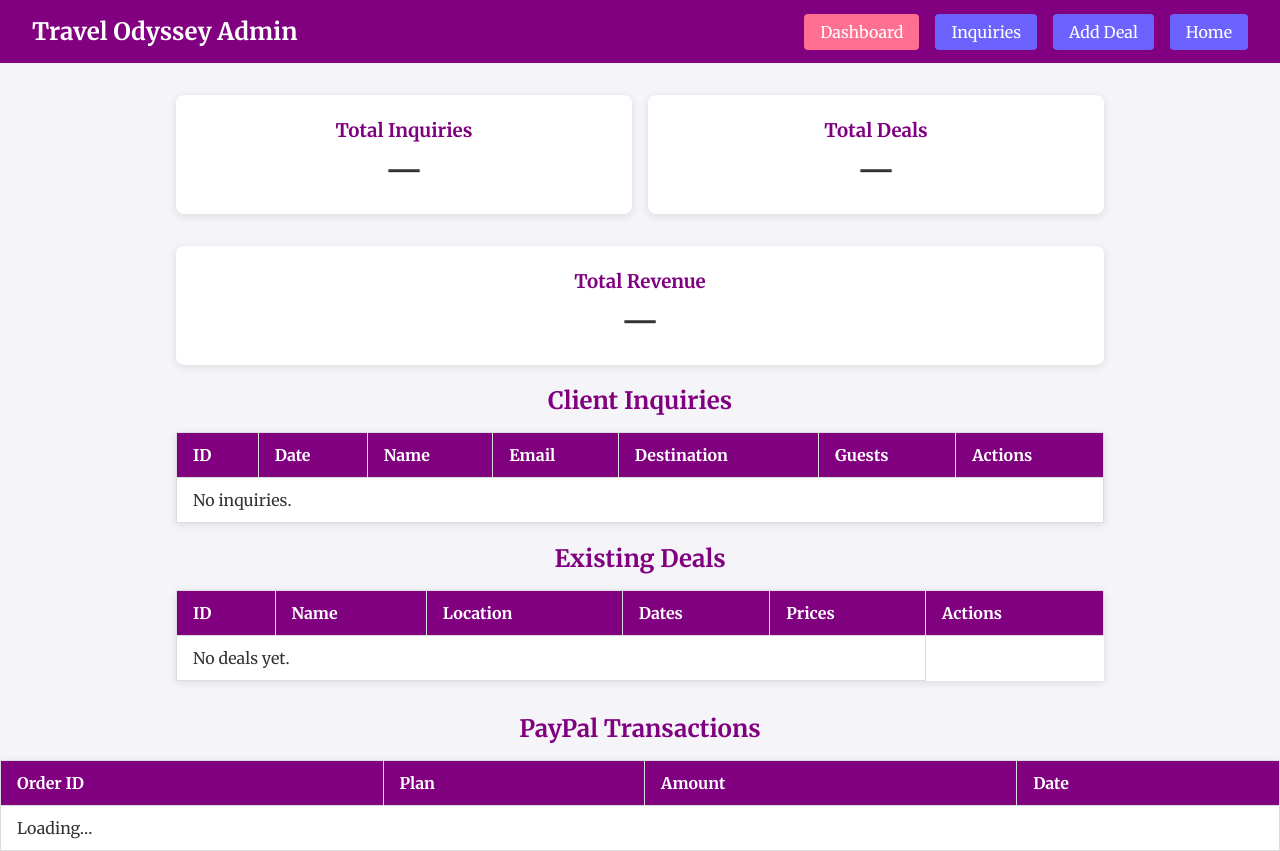
Repository: GHzPhoenix/Project-Odyssey
Page: Frontend/admin.html
The author's editor kept a copy of each file at every save. The page is drawn from the files as they stood at one save, then again after the next save.
The browser window is 1280 px wide. The pictures show the whole page.
The page's requests for data from a server got no answer.

Above is the page before, as saved 2025-06-13 14:04:57.

### Frontend/admin.html
<!DOCTYPE html>
<html lang="en">
  <head>
    <meta charset="UTF-8" />
    <meta name="viewport" content="width=device-width,initial-scale=1.0" />
    <title>Admin Dashboard – Travel Odyssey</title>
    <link rel="stylesheet" href="/Frontend/css/admin.css" />
    <style>
      .kpi-container {
        display: flex;
        gap: 1rem;
        margin: 2rem 0;
        justify-content: center;
      }
      .kpi-card {
        flex: 1;
        background: white;
        padding: 1.5rem;
        border-radius: 8px;
        box-shadow: 0 2px 8px rgba(0, 0, 0, 0.1);
        text-align: center;
      }
      .kpi-card h3 {
        margin-bottom: 0.5rem;
        color: purple;
      }
      .kpi-card p {
        font-size: 2rem;
        font-weight: bold;
      }
    </style>
  </head>
  <body>
    <header>
      <nav>
        <div class="logo">Travel Odyssey Admin</div>
        <ul>
          <li><a href="admin.html" class="active">Dashboard</a></li>
          <li><a href="inquiries.html">Inquiries</a></li>
          <li><a href="add-deal.html">Add Deal</a></li>
          <li><a href="index.html">Home</a></li>
        </ul>
      </nav>
    </header>

    <main>
      <div class="kpi-container">
        <div class="kpi-card">
          <h3>Total Inquiries</h3>
          <p id="kpi-inquiries">–</p>
        </div>
        <div class="kpi-card">
          <h3>Total Deals</h3>
          <p id="kpi-deals">–</p>
        </div>
      </div>
      <div class="kpi-card">
        <h3>Total Revenue</h3>
        <p id="kpi-revenue">–</p>
      </div>
      <br />
      <h2 class="section">Client Inquiries</h2>
      <table id="inquiries-table">
        <thead>
          <tr>
            <th>ID</th>
            <th>Date</th>
            <th>Name</th>
            <th>Email</th>
            <th>Destination</th>
            <th>Guests</th>
            <th>Actions</th>
          </tr>
        </thead>
        <tbody>
          <tr>
            <td colspan="7">Loading…</td>
          </tr>
        </tbody>
      </table>
      <br />
      <h2 class="section">Existing Deals</h2>
      <table id="deals-table">
        <thead>
          <tr>
            <th>ID</th>
            <th>Name</th>
            <th>Location</th>
            <th>Dates</th>
            <th>Prices</th>
            <th>Actions</th>
          </tr>
        </thead>
        <tbody>
          <tr>
            <td colspan="5">Loading…</td>
          </tr>
        </tbody>
      </table>
    </main>

    <div id="deal-modal" class="modal-overlay">
      <div class="modal">
        <h2>Edit Deal</h2>
        <form id="modal-form">
          <div class="input-group">
            <label>Name</label>
            <input type="text" name="name" required />
          </div>
          <div class="input-group">
            <label>Location</label>
            <input type="text" name="location" required />
          </div>
          <div class="input-group">
            <label>Activities</label>
            <input type="text" name="activities" required />
          </div>
          <div class="input-group">
            <label>Start Date</label>
            <input type="date" name="start_date" required />
          </div>
          <div class="input-group">
            <label>End Date</label>
            <input type="date" name="end_date" required />
          </div>
          <div class="input-group">
            <label>Price (€)</label>
            <input
              type="number"
              name="price"
              required
              min="0"
              step="0.01"
              placeholder="e.g. 199.99"
            />
          </div>
          <div class="modal-actions">
            <button type="button" id="modal-cancel">Cancel</button>
            <button type="submit" id="modal-save">Save</button>
          </div>
        </form>
      </div>
    </div>
    <div class="transactions-section">
      <h2 class="section">PayPal Transactions</h2>
      <table id="transactions-table">
        <thead>
          <tr>
            <th>Order ID</th>
            <th>Plan</th>
            <th>Amount</th>
            <th>Date</th>
          </tr>
        </thead>
        <tbody>
          <tr>
            <td colspan="4">Loading…</td>
          </tr>
        </tbody>
      </table>
    </div>

    <script>
      const token = localStorage.getItem("token") || "";
      let inquiries = [],
        deals = [];

      async function fetchJSON(url, opts = {}) {
        opts.headers = {
          ...(opts.headers || {}),
          "Content-Type": "application/json",
          Authorization: "Bearer " + token,
        };
        const res = await fetch(url, opts);
        if (!res.ok) throw await res.json();
        return res.json();
      }

      async function loadDashboard() {
        try {
          inquiries = await fetchJSON("http://127.0.0.1:5001/api/inquiries");
          document.getElementById("kpi-inquiries").textContent =
            inquiries.length;
        } catch {
          document.getElementById("kpi-inquiries").textContent = "—";
        }
        try {
          deals = await fetchJSON("http://127.0.0.1:5001/api/deals");
          document.getElementById("kpi-deals").textContent = deals.length;
        } catch {
          document.getElementById("kpi-deals").textContent = "—";
        }
        try {
          const txns = await fetchJSON(
            "http://127.0.0.1:5001/api/paypal/transactions"
          );
          let total = 0;
          const tbodyT = document.querySelector("#transactions-table tbody");
          tbodyT.innerHTML = txns.length
            ? txns
                .map((o) => {
                  total += parseFloat(o.amount);
                  const d = new Date(o.create_time).toLocaleString();
                  return `<tr>
              <td>${o.id}</td><td>${o.reference_id}</td>
              <td>${o.amount} ${o.currency}</td>
              <td>${d}</td>
            </tr>`;
                })
                .join("")
            : "<tr><td colspan='4'>No transactions.</td></tr>";
          document.getElementById("kpi-revenue").textContent =
            "€" + total.toFixed(2);
        } catch {
          document.getElementById("kpi-revenue").textContent = "—";
        }
        const inTbody = document.querySelector("#inquiries-table tbody");
        if (!inquiries.length) {
          inTbody.innerHTML = "<tr><td colspan='7'>No inquiries.</td></tr>";
        } else {
          inTbody.innerHTML = inquiries
            .map((i) => {
              const date = new Date(i.created_at).toLocaleDateString();
              return `
              <tr>
                <td>${i.id}</td>
                <td>${date}</td>
                <td>${i.name}</td>
                <td>${i.email}</td>
                <td>${i.destination}</td>
                <td>${i.guests}</td>
                <td>
                  <button class="action create-from-inquiry"
                    data-loc="${encodeURIComponent(i.destination)}"
                    data-acts="${encodeURIComponent(i.preferences || "")}">
                    Create Deal
                  </button>
                </td>
              </tr>`;
            })
            .join("");
          inTbody.querySelectorAll(".create-from-inquiry").forEach((btn) => {
            btn.onclick = () => {
              const loc = decodeURIComponent(btn.dataset.loc),
                acts = decodeURIComponent(btn.dataset.acts);
              const qs = new URLSearchParams({
                location: loc,
                activities: acts,
              });
              window.location.href = `add-deal.html?${qs}`;
            };
          });
        }

        const dTbody = document.querySelector("#deals-table tbody");
        if (!deals.length) {
          dTbody.innerHTML = "<tr><td colspan='5'>No deals yet.</td></tr>";
        } else {
          dTbody.innerHTML = deals
            .map((d) => {
              const from = new Date(d.start_date).toLocaleDateString(),
                to = new Date(d.end_date).toLocaleDateString(),
                price =
                  d.price != null ? `€${Number(d.price).toFixed(2)}` : "—";
              return `
              <tr data-id="${d.id}">
                <td>${d.id}</td>
                <td>${d.name}</td>
                <td>${d.location}</td>
                <td>${from} – ${to}</td>
                <td>${price}</td>
                <td>
                  <button class="action edit-deal">Edit</button>
                  <button class="action delete-deal">Delete</button>
                </td>
              </tr>`;
            })
            .join("");
        }
      }

      document.addEventListener("DOMContentLoaded", () => {
        const overlay = document.getElementById("deal-modal");
        const form = document.getElementById("modal-form");
        const cancel = document.getElementById("modal-cancel");
        let editingId = null;

        document
          .getElementById("deals-table")
          .addEventListener("click", async (e) => {
            const tr = e.target.closest("tr");
            if (!tr) return;
            const id = tr.dataset.id;

            if (e.target.matches(".edit-deal")) {
              editingId = id;
              const deal = deals.find((d) => d.id == id);
              form.name.value = deal.name;
              form.location.value = deal.location;
              form.activities.value = deal.activities;
              form.start_date.value = deal.start_date;
              form.end_date.value = deal.end_date;
              overlay.classList.add("active");
            }

            if (
              e.target.matches(".delete-deal") &&
              confirm("Delete this deal?")
            ) {
              try {
                await fetchJSON(`http://127.0.0.1:5001/api/deals/${id}`, {
                  method: "DELETE",
                });
                await loadDashboard();
                alert("Deal deleted.");
              } catch (err) {
                alert(err.error || "Delete failed");
              }
            }
          });

        cancel.onclick = () => overlay.classList.remove("active");
        window.addEventListener("keydown", (e) => {
          if (e.key === "Escape") overlay.classList.remove("active");
        });

        form.onsubmit = async (ev) => {
          ev.preventDefault();
          const body = {
            name: form.name.value.trim(),
            location: form.location.value.trim(),
            activities: form.activities.value.trim(),
            start_date: form.start_date.value,
            end_date: form.end_date.value,
          };
          try {
            await fetchJSON(`http://127.0.0.1:5001/api/deals/${editingId}`, {
              method: "PUT",
              body: JSON.stringify(body),
            });
            overlay.classList.remove("active");
            await loadDashboard();
            alert("Deal updated.");
          } catch (err) {
            alert(err.error || "Update failed");
          }
        };

        loadDashboard();
      });
    </script>
  </body>
</html>

### Frontend/css/admin.css
@import url("https://fonts.googleapis.com/css2?family=Merriweather:wght@300;400;700&display=swap");

* {
  box-sizing: border-box;
  margin: 0;
  padding: 0;
}

body {
  font-family: "Merriweather", serif;
  background: #f4f4f9;
  color: #333;
}
.action {
  background: #6c63ff;
  color: white;
  border: none;
  padding: 0.4rem 0.8rem;
  border-radius: 4px;
  cursor: pointer;
  font-size: 0.9rem;
  transition: background 0.2s ease;
}
.action:hover {
  background: #5950d4;
}
.modal-overlay {
  display: none;
  position: fixed;
  inset: 0;
  background: rgba(0, 0, 0, 0.6);
  align-items: center;
  justify-content: center;
  z-index: 1000;
}
.modal-overlay.active {
  display: flex;
}
.modal {
  background: #fff;
  padding: 2rem;
  border-radius: 8px;
  width: 90%;
  max-width: 400px;
  box-shadow: 0 2rem 4rem rgba(0, 0, 0, 0.2);
}
.modal h2 {
  margin-bottom: 1rem;
  color: purple;
}
.modal .input-group {
  margin-bottom: 1rem;
}
.modal label {
  display: block;
  margin-bottom: 0.4rem;
  font-weight: 600;
}
.modal input[type="text"],
.modal input[type="date"] {
  width: 100%;
  padding: 0.5rem;
  border: 1px solid #ccc;
  border-radius: 4px;
}

.modal-actions {
  text-align: right;
  margin-top: 1rem;
}
.modal-actions button {
  background: #6c63ff;
  color: #fff;
  border: none;
  padding: 0.5rem 1rem;
  border-radius: 4px;
  cursor: pointer;
  margin-left: 0.5rem;
  transition: background 0.2s;
}
.modal-actions button#modal-cancel {
  background: #ccc;
  color: #333;
}
.modal-actions button:hover {
  background: #5950d4;
}

header nav {
  background: purple;
  padding: 1rem 2rem;
  display: flex;
  align-items: center;
  justify-content: space-between;
}

header nav .logo {
  color: white;
  font-size: 1.5rem;
  font-weight: bold;
}

header nav ul {
  list-style: none;
  display: flex;
  gap: 1rem;
}

header nav a {
  color: white;
  text-decoration: none;
  padding: 0.5rem 1rem;
  background: #6c63ff;
  border-radius: 4px;
  transition: background 0.2s;
}

header nav a.active,
header nav a:hover {
  background: #ff6f91;
}

main {
  max-width: 960px;
  margin: 2rem auto;
  padding: 0 1rem;
}

h1,
h2 {
  color: purple;
  margin-bottom: 1rem;
  text-align: center;
}

form {
  background: white;
  padding: 2rem;
  border-radius: 8px;
  box-shadow: 0 4px 12px rgba(0, 0, 0, 0.1);
}

form .input-group {
  margin-bottom: 1.25rem;
}

form label {
  display: block;
  margin-bottom: 0.4rem;
  font-weight: 600;
}

form input[type="text"],
form input[type="date"],
form input[type="number"],
form textarea {
  width: 100%;
  padding: 0.6rem;
  border: 1px solid #ccc;
  border-radius: 4px;
  font-size: 1rem;
}

form textarea {
  resize: vertical;
  min-height: 80px;
}

.file-input-label {
  display: inline-block;
  padding: 0.5rem 1rem;
  background: #007bff;
  color: white;
  border-radius: 4px;
  cursor: pointer;
  font-size: 0.9rem;
}

#file-chosen {
  margin-left: 0.5rem;
  font-size: 0.9rem;
  vertical-align: middle;
  color: #555;
}

input[type="file"] {
  display: none;
}

button[type="submit"] {
  background: #0b6623;
  color: white;
  padding: 0.7rem 1.4rem;
  border: none;
  border-radius: 4px;
  font-size: 1rem;
  cursor: pointer;
}

button[type="submit"]:hover {
  background: #095a1a;
}

#deal-message,
#inquiry-message {
  margin-top: 0.75rem;
  font-size: 0.9rem;
}

#deal-message.error,
#inquiry-message.error {
  color: #b00020;
}

#deal-message.success,
#inquiry-message.success {
  color: #0b6623;
}

table {
  width: 100%;
  border-collapse: collapse;
  background: white;
  margin-top: 1rem;
  box-shadow: 0 2px 8px rgba(0, 0, 0, 0.1);
}

th,
td {
  padding: 0.75rem 1rem;
  border: 1px solid #ddd;
  text-align: left;
}

th {
  background: purple;
  color: white;
  font-weight: 600;
}

tr:nth-child(even) td {
  background: #f9f9ff;
}

.inquiry-actions button {
  background: #6c63ff;
  color: white;
  border: none;
  padding: 0.4rem 0.8rem;
  border-radius: 4px;
  cursor: pointer;
  font-size: 0.9rem;
  margin-right: 0.5rem;
}

.inquiry-actions button:hover {
  background: #5950d4;
}

.deal-card {
  background: white;
  border-radius: 8px;
  box-shadow: 0 2px 8px rgba(0, 0, 0, 0.1);
  overflow: hidden;
  margin: 1rem 0;
  display: flex;
}

.deal-card img {
  width: 120px;
  object-fit: cover;
}

.deal-card-body {
  padding: 1rem;
  flex: 1;
}

.deal-card-body h3 {
  margin-bottom: 0.5rem;
}

.deal-card-body p {
  margin-bottom: 0.5rem;
}

.deal-card-body .card-button {
  background: #6c63ff;
  color: white;
  padding: 0.4rem 0.8rem;
  border-radius: 4px;
  text-decoration: none;
}

.deal-card-body .card-button:hover {
  background: #5950d4;
}

.button-link {
  display: inline-block;
  margin-top: 1.5rem;
  color: #6c63ff;
  text-decoration: underline;
}

After the next save:
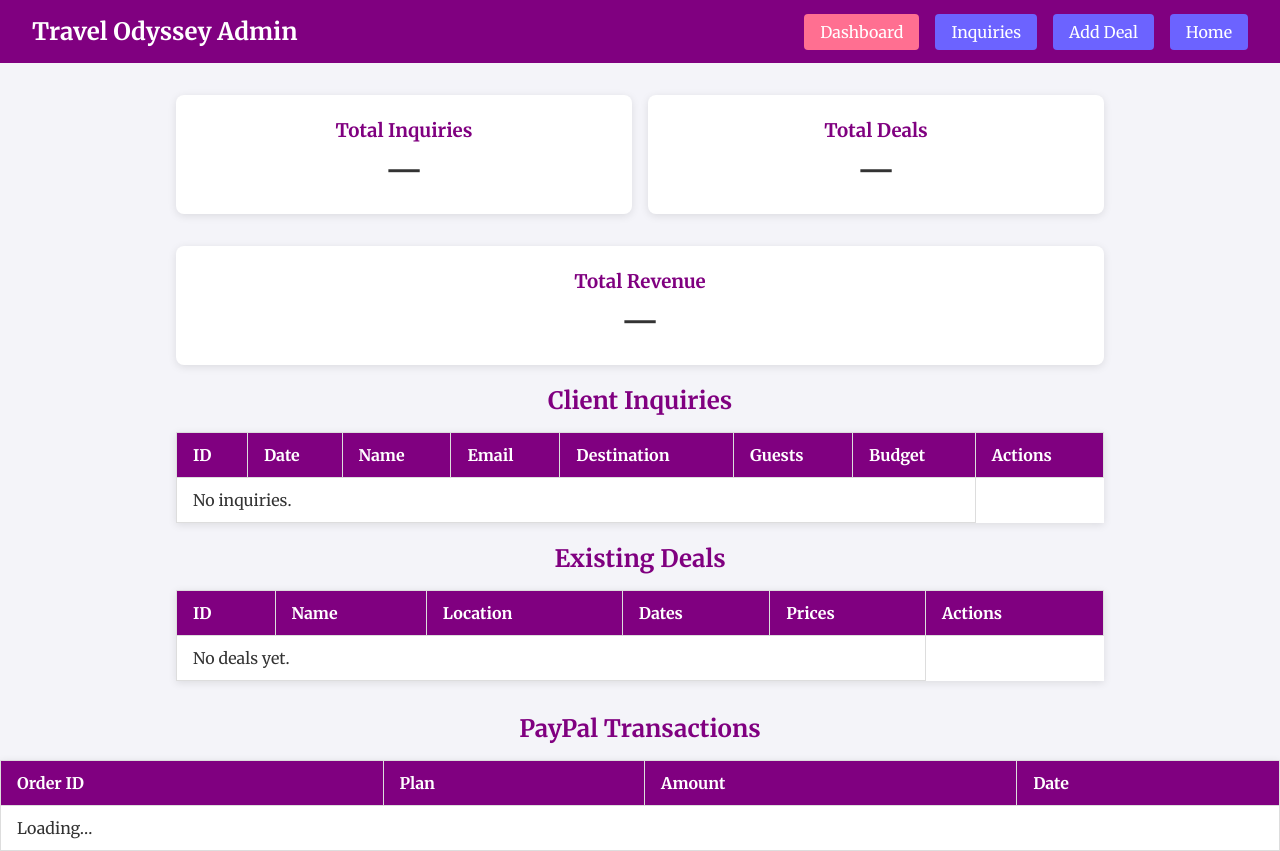
Saved 35 s later.
--- a/Frontend/admin.html
+++ b/Frontend/admin.html
@@ -69,6 +69,7 @@
             <th>Email</th>
             <th>Destination</th>
             <th>Guests</th>
+            <th>Budget</th>
             <th>Actions</th>
           </tr>
         </thead>
